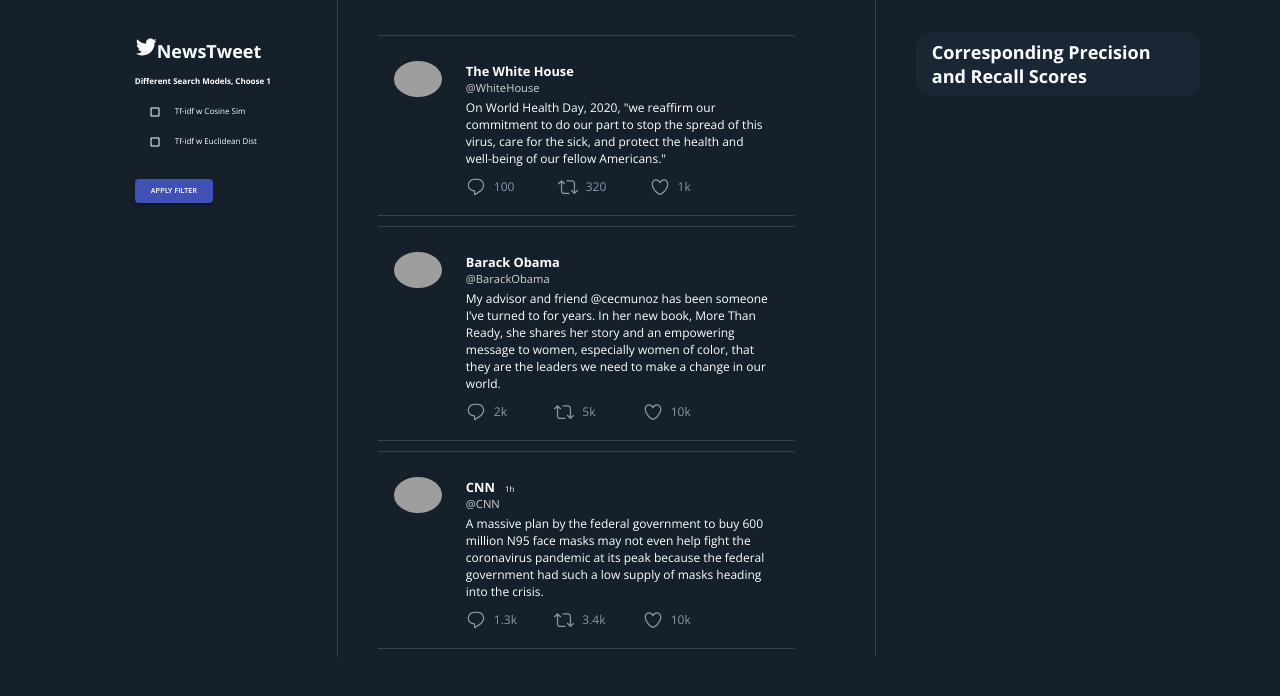
Repository: Dustyik/TwitterAIproj
Page: / (app in FrontEnd/)
These files come from the project's save history. The page is drawn as it stood at one moment and after the next save; the edit follows.
The browser window is 1280 px wide. The pictures show the whole page.
Pictures or frames that could not be fetched are drawn as grey boxes. The page's requests for data from a server got no answer. The project was rebuilt for these pictures with package versions that can differ from the ones it lists, and the page was loaded fresh each time. No one was signed in, and anything a server would have sent is missing. Also part of the build but not shown: FrontEnd/src/components/trending/Trend.js, FrontEnd/src/components/trending/TrendsList.js, FrontEnd/src/components/trending/FollowSuggestionCard.js, FrontEnd/src/styles/FollowList.css, FrontEnd/src/components/trending/FollowSuggestionsList.js, FrontEnd/src/components/StatusCard.js, FrontEnd/src/pages/Status.js, FrontEnd/src/components/profile/ProfileHead.js and 3 more.

Above is the page before, as saved 2021-08-03 00:23:00.

After the next save:
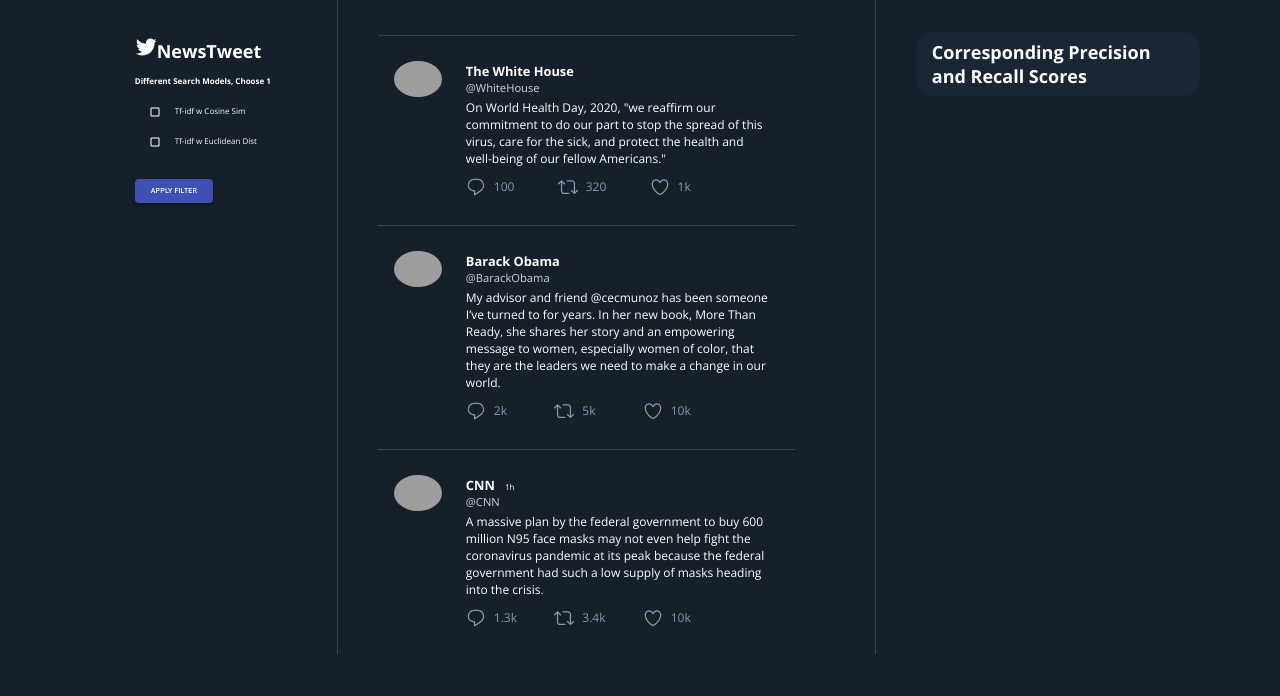
Saved 7 s later.
--- a/FrontEnd/src/styles/TweetCard.css
+++ b/FrontEnd/src/styles/TweetCard.css
@@ -4,7 +4,6 @@
     padding              : 1rem;
     display              : grid;
     grid-template-columns: 1fr 9fr;
-    border-bottom        : 0.5px solid var(--border);
     border-top           : 0.5px solid var(--border);
 
 }
